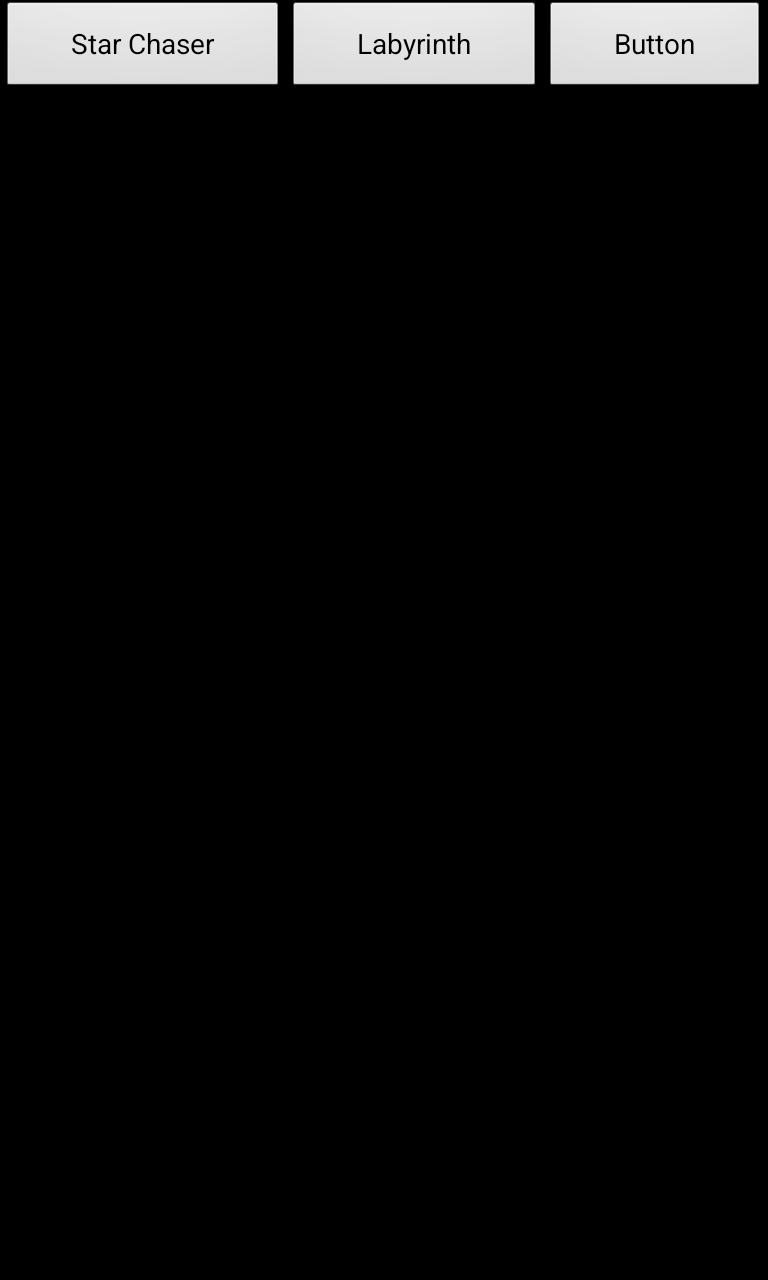
Repository: Malow/PhoneGame
Layout: Android/WiiPhone/res/layout/activity_main.xml
The author's editor kept a copy of each file at every save. The layout is drawn from the files as they stood at one save, then again after a run of saves.
It is drawn on a 768 x 1280 px phone screen (xhdpi) without system bars, with theme android:Theme.NoTitleBar.Fullscreen; the app's code is not run.

Above is the layout before, as saved 2013-04-18 13:51:31.

### Android/WiiPhone/res/layout/activity_main.xml
<?xml version="1.0" encoding="utf-8"?>
<LinearLayout xmlns:android="http://schemas.android.com/apk/res/android"
    android:layout_width="fill_parent"
    android:layout_height="fill_parent"
    android:orientation="horizontal"
    android:layout_marginTop="70dp" >

    <Button
        android:id="@+id/button1"
        style="android:attr/buttonBarButtonStyle"
        android:layout_width="wrap_content"
        android:layout_height="wrap_content"
        android:text="@+string/choose_game_button_1"
        android:layout_weight="0.10" />

    <Button
        android:id="@+id/button2"
        style="android:attr/buttonBarButtonStyle"
        android:layout_width="wrap_content"
        android:layout_height="wrap_content"
        android:text="@+string/choose_game_button_2"
        android:layout_weight="0.10" />

    <Button
        android:id="@+id/button3"
        style="android:attr/buttonBarButtonStyle"
        android:layout_width="wrap_content"
        android:layout_height="wrap_content"
        android:layout_weight="0.10"
        android:text="Button" />

</LinearLayout>

### Android/WiiPhone/res/values/strings.xml
<?xml version="1.0" encoding="utf-8"?>
<resources>

    <string name="app_name">WiiPhone</string>
    <string name="action_settings">Settings</string>
    <string name="hello_world">Hello world!</string>
    <string name="start_button_text">this button starts the program</string>
    <string name="choose_game_button_1">Star Chaser</string>
	<string name="choose_game_button_2">Labyrinth</string>
	<string name="choose_game_button_3">Game 3</string>
</resources>

After the next 2 saves:
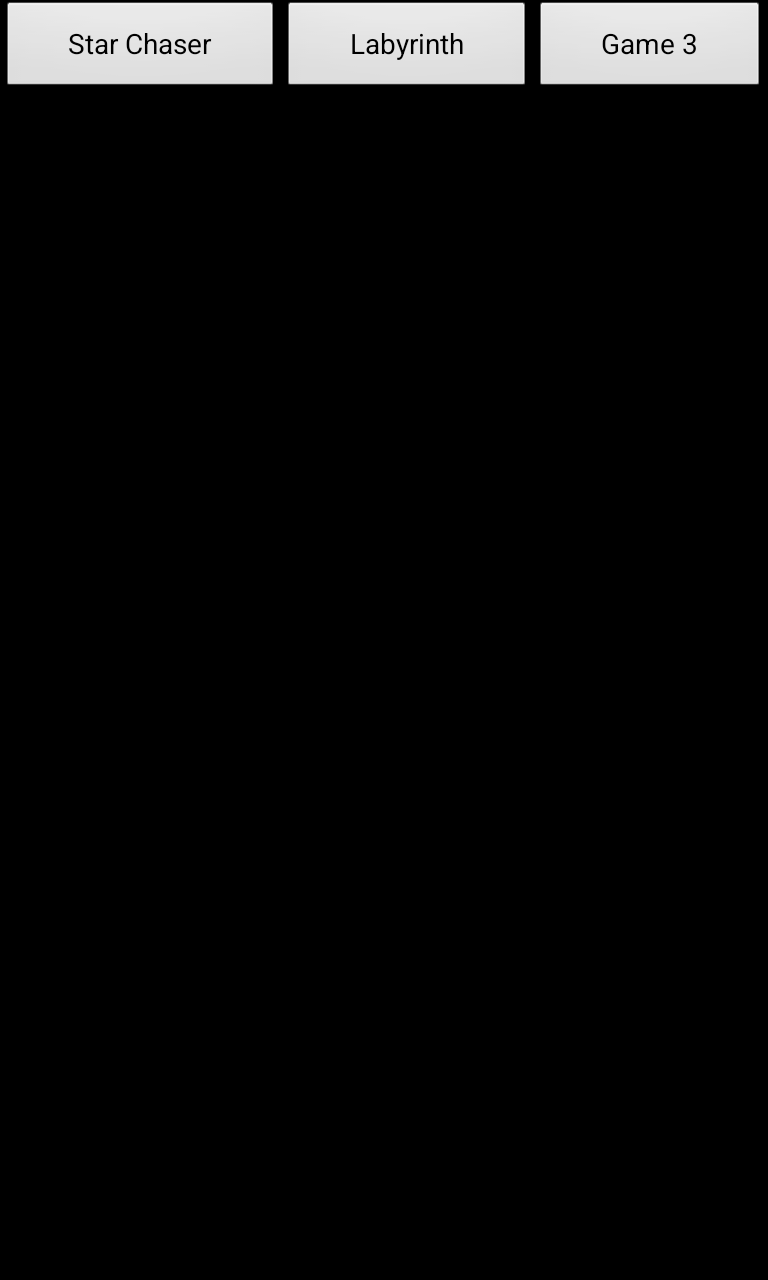
The 2 saves are shown as one change because they came seconds apart.
The last was saved 8 s later.
--- a/Android/WiiPhone/res/layout/activity_main.xml
+++ b/Android/WiiPhone/res/layout/activity_main.xml
@@ -27,6 +27,6 @@
         android:layout_width="wrap_content"
         android:layout_height="wrap_content"
         android:layout_weight="0.10"
-        android:text="Button" />
+        android:text="@+string/choose_game_button_3" />
 
 </LinearLayout>
